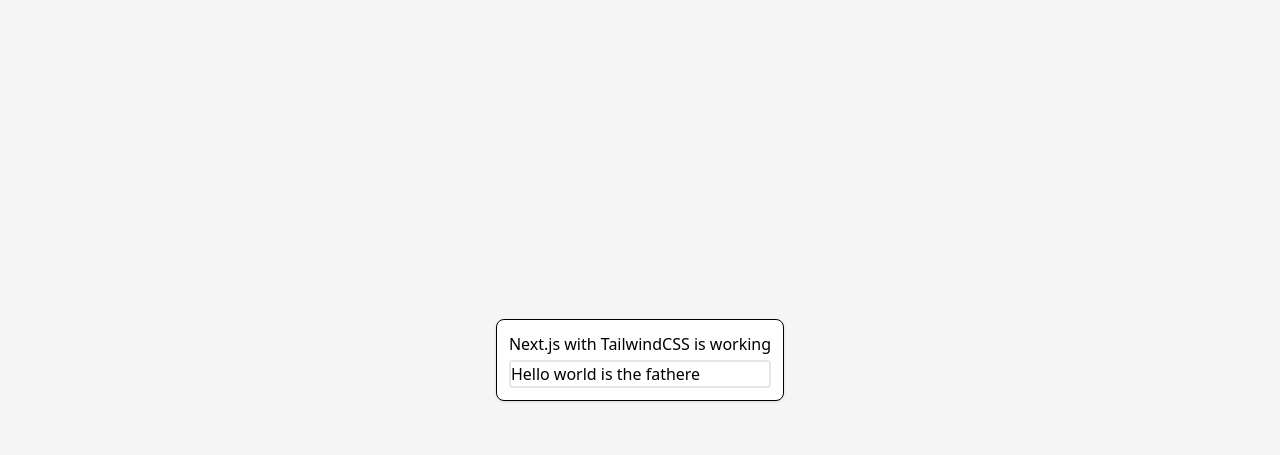
Repository: vignesh33654/resizablesidebar
Page: /
These files come from the project's save history. The page is drawn as it stood at one moment and after the next save; the edit follows.
The browser window is 1280 px wide. The pictures show the whole page.
The project was rebuilt for these pictures with package versions that can differ from the ones it lists, and the page was loaded fresh each time.

Above is the page before, as saved 2025-11-11 12:08:01.

After the next save:
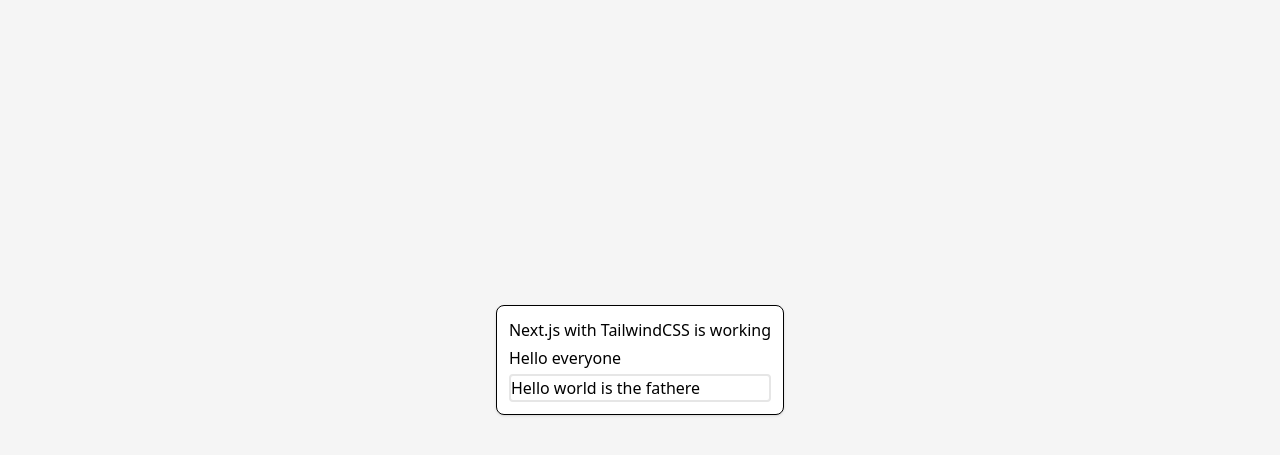
Saved 14 s later.
--- a/src/App.tsx
+++ b/src/App.tsx
@@ -9,6 +9,7 @@
           <h3>
             Next.js with TailwindCSS is working
           </h3>
+          <h2>Hello everyone</h2>
           <div className="text-body-16 border-2 border-border-primary rounded">
             Hello world is the fathere
           </div>
